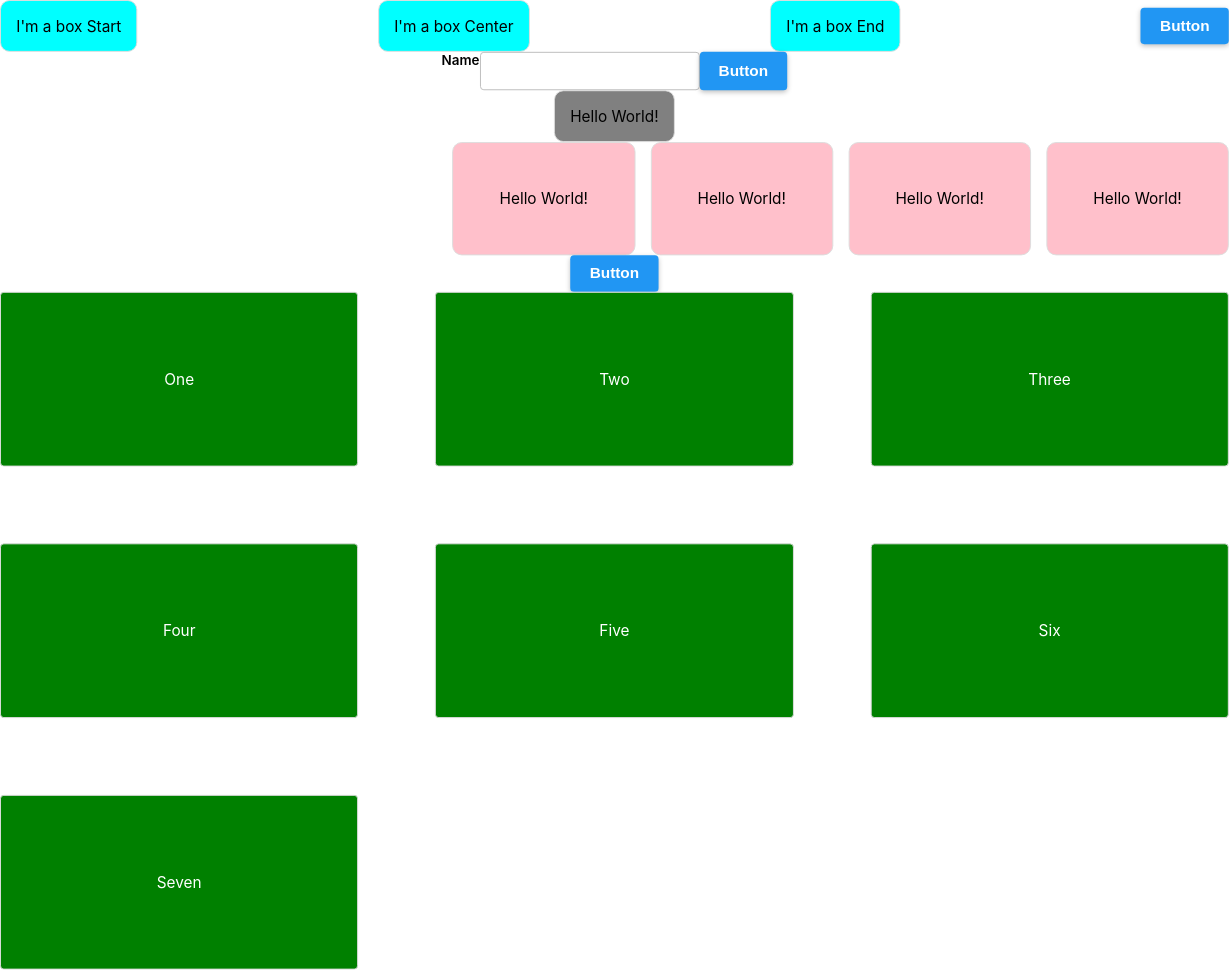
Repository: roistyx/react
Page: / (app in layouts-app/)
The author's editor kept a copy of each file at every save. The page is drawn from the files as they stood at one save, then again after the next save.
The browser window is 1280 px wide. The pictures show the whole page, at 96% of full size.
The project was rebuilt for these pictures with package versions that can differ from the ones it lists, and the page was loaded fresh each time.

Above is the page before, as saved 2023-04-30 14:44:38.

After the next save:
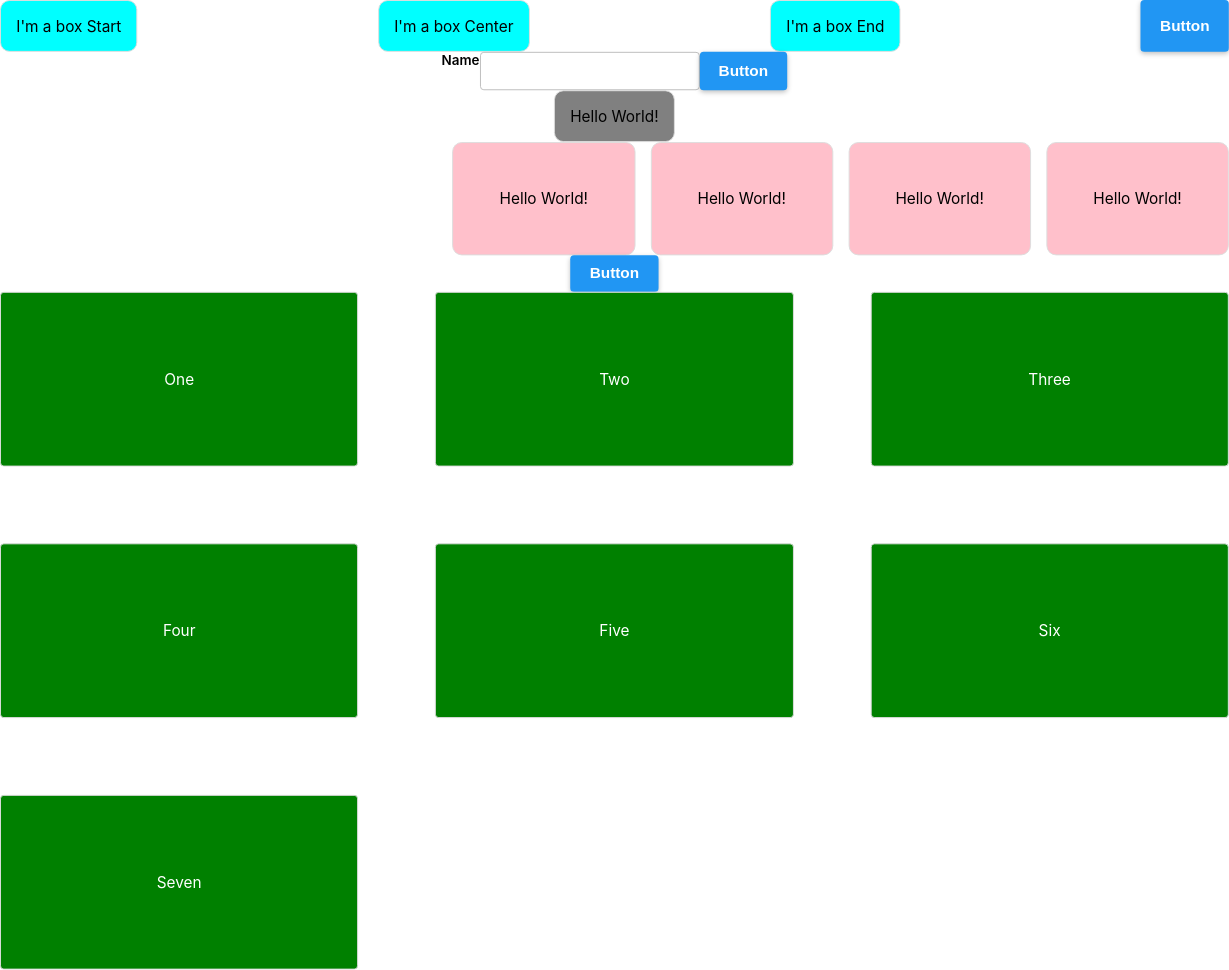
Saved 2 h 7 min later.
--- a/layouts-app/src/layouts/Line.css
+++ b/layouts-app/src/layouts/Line.css
@@ -2,7 +2,7 @@
 	display: flex;
 	gap: var(--gap);
 	height: 100%;
-	align-items: center;
+	/* align-items: center; */
 }
 
 .Line.flex-end {

After the save that followed:
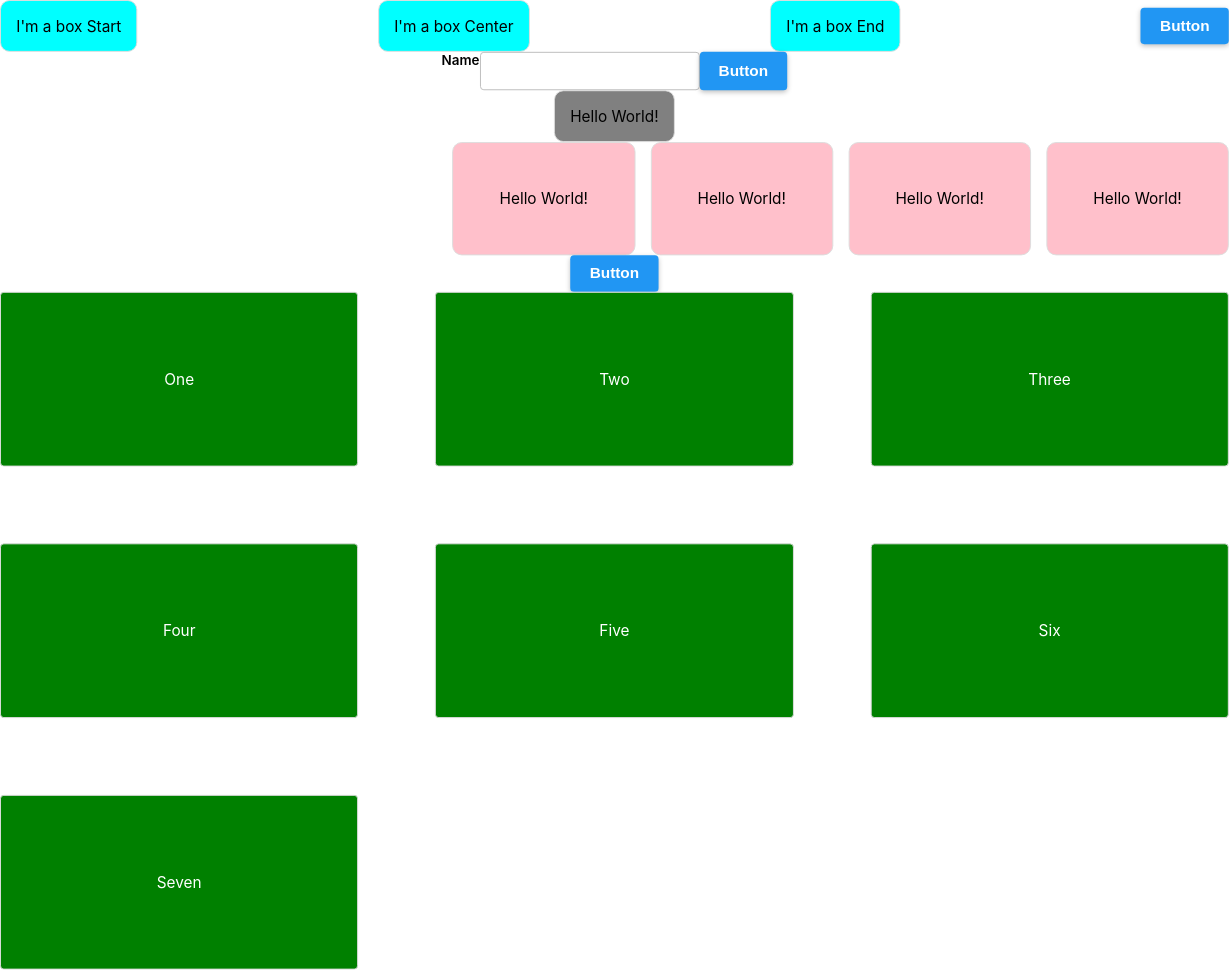
Saved 7 min 57 s later.
--- a/layouts-app/src/layouts/Line.css
+++ b/layouts-app/src/layouts/Line.css
@@ -2,7 +2,7 @@
 	display: flex;
 	gap: var(--gap);
 	height: 100%;
-	/* align-items: center; */
+	align-items: center;
 }
 
 .Line.flex-end {
